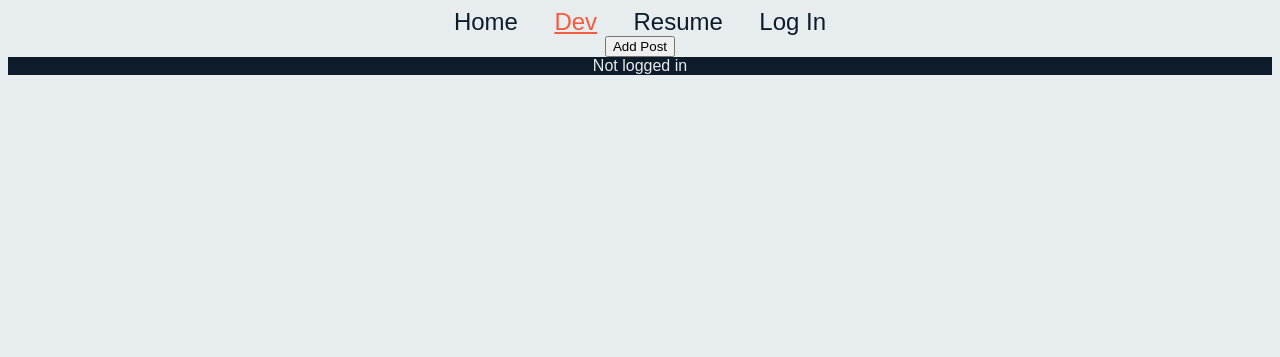
Repository: eghere-bsu/ethanghere-website
Page: http://localhost/dev.php
These files come from the project's save history. The page is drawn as it stood at one moment and after the next save; the edit follows.
The browser window is 1280 px wide. The pictures show the whole page.
The page is run by PHP 8.4 with error messages shown; the project is at /var/www/html/.

Above is the page before, as saved 2023-11-06 14:36:36.

After the next save:
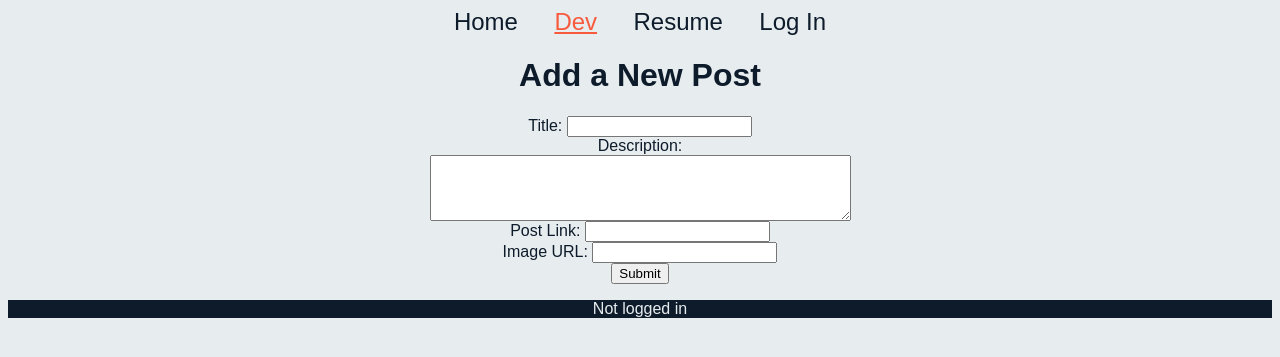
Saved 51 s later.
--- a/dev.php
+++ b/dev.php
@@ -12,7 +12,22 @@
    }
 ?>
 <body>
-   <button>Add Post</button>
+   <h1>Add a New Post</h1>
+   <form id ="hiddenForm" action="post_handler.php" method="post" enctype="multipart/form-data">
+      <label for="title">Title:</label>
+      <input type="text" id="title" name="title" required><br>
+
+      <label for="description">Description:</label><br>
+      <textarea id="description" name="description" rows="4" cols="50"></textarea><br>
+
+      <label for="post_link">Post Link:</label>
+      <input type="text" id="post_link" name="post_link"><br>
+
+      <label for="image_url">Image URL:</label>
+      <input type="text" id="image_url" name="image_url"><br>
+
+      <input type="submit" value="Submit">
+   </form>
 </body>
 <?php
    require_once 'footer.php';
